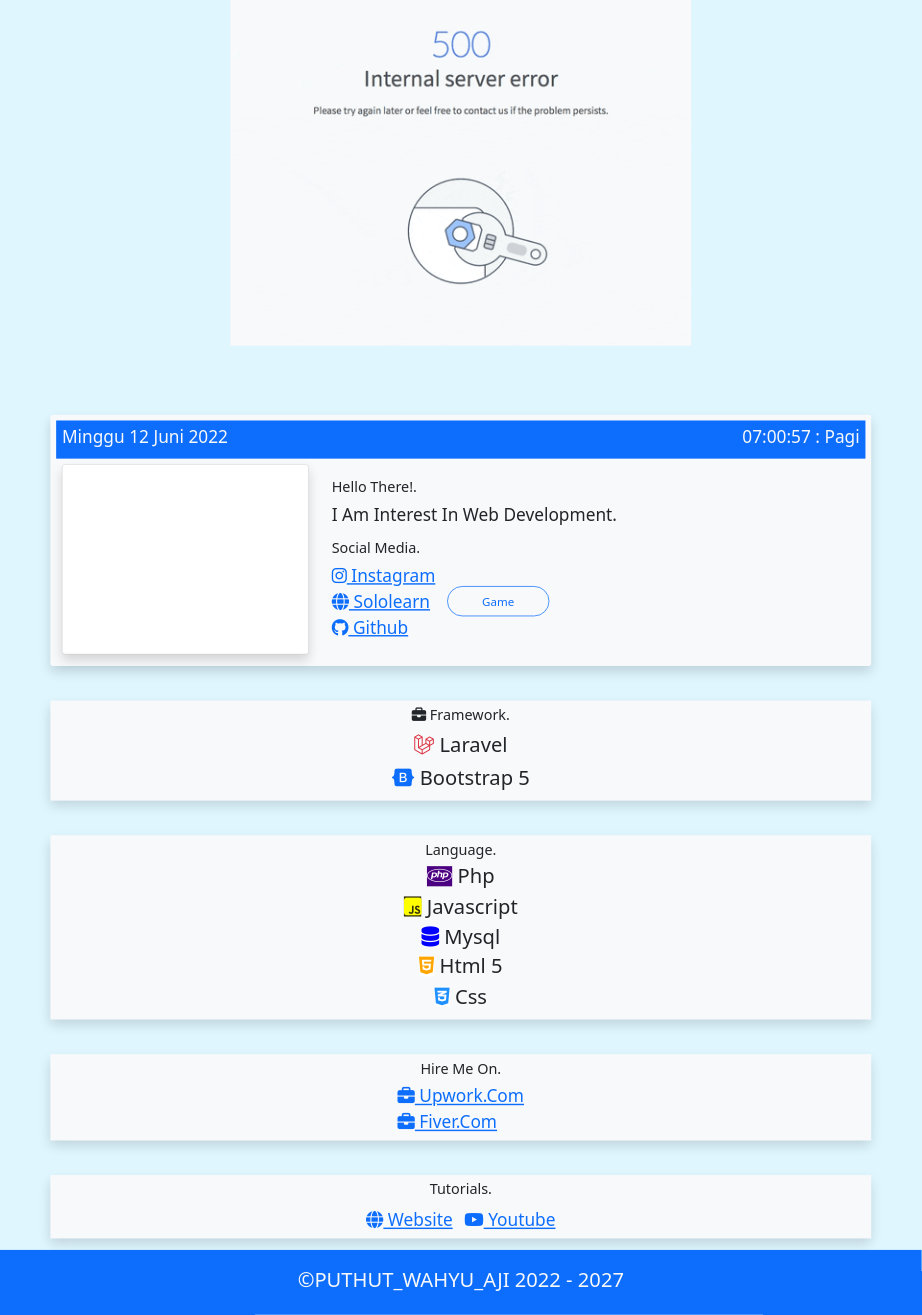
Repository: initer3737/initer3737.github.io
Page: index.html
An editor plug-in stored every save of this project. The page is shown before and after a run of saves, followed by the edit.
The browser window is 1280 px wide. The pictures show the whole page, at 72% of full size.
Pictures or frames that could not be fetched are drawn as grey boxes. Some web libraries are served in a nearby version.

Above is the page before, as saved 2022-06-12 07:28:18.

After the next 3 saves:
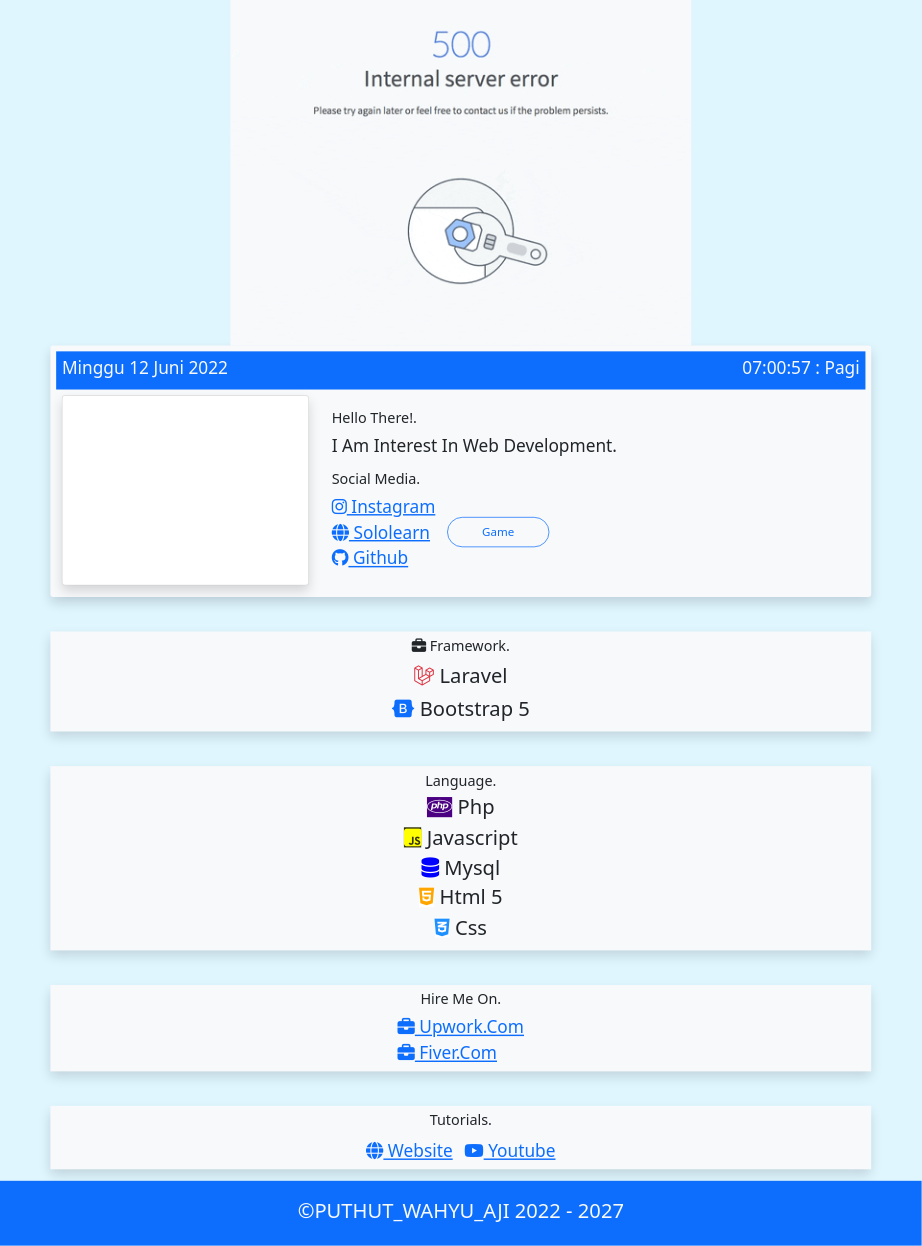
The 3 saves are shown as one change because they came seconds apart.
The last was saved 19 s later.
--- a/index.html
+++ b/index.html
@@ -13,8 +13,8 @@
 <body class="bg-1">
     <header class="col-12">
         <img src="img/giphy.gif" class="img-fluid col-12 col-md-6">
-    </header> <br><br>
-    <div class="container mt-5 bg-light shadow rounded  d-flex flex-column gap-4 justify-content-center align-content-center align-items-center p-2">
+    </header>
+    <div class="container bg-light shadow rounded  d-flex flex-column gap-4 justify-content-center align-content-center align-items-center p-2">
         <div class="row d-flex align-content-center align-items-center">
             <div class="col-12">
                <div class="bg-primary text-capitalize d-flex justify-content-between">
